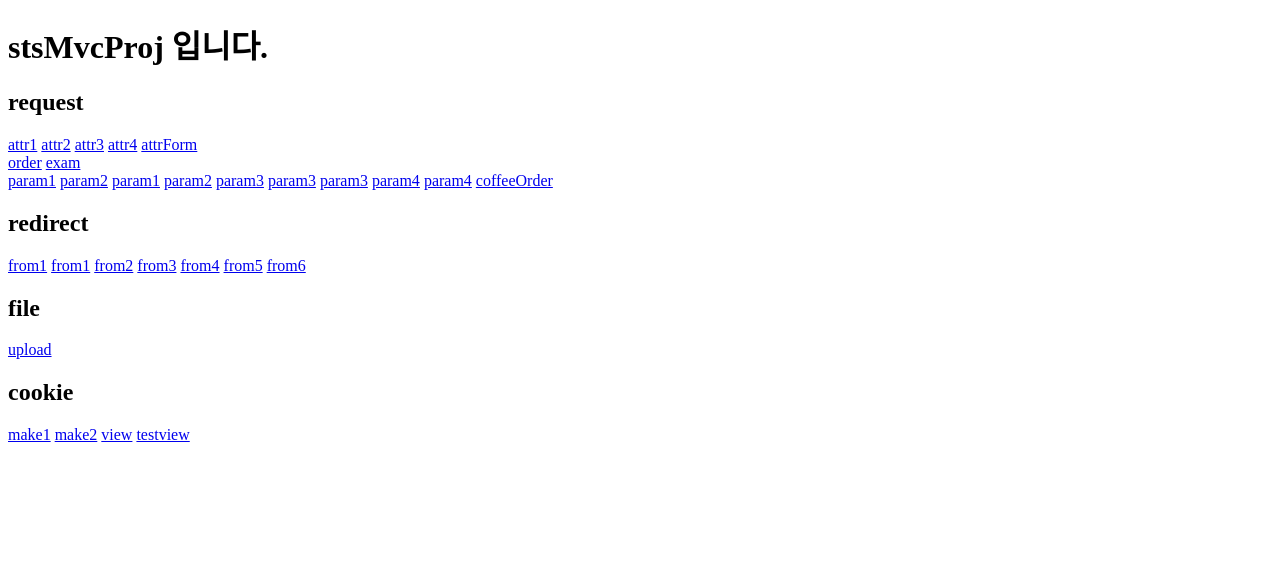
Repository: Yousehyeon/spring_work
Page: stsMvcProj/src/main/webapp/views/home.html
These files come from the project's save history. The page is drawn as it stood at one moment and after the next save; the edit follows.
The browser window is 1280 px wide. The pictures show the whole page.

Above is the page before, as saved 2023-08-22 04:23:28.

After the next save:
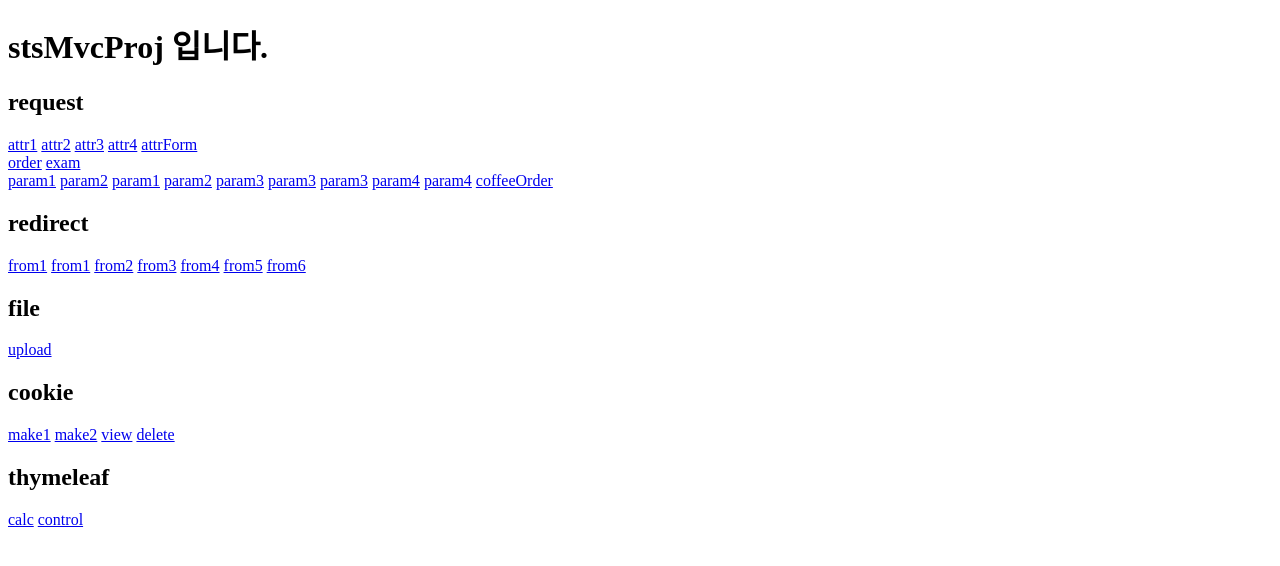
Saved 86 min 30 s later.
--- a/stsMvcProj/src/main/webapp/views/home.html
+++ b/stsMvcProj/src/main/webapp/views/home.html
@@ -38,8 +38,11 @@
 <a href="file/upload">upload</a>
 <h2>cookie</h2>
 <a href="cookie/make1">make1</a>
-<a href="cookie/make1">make2</a>
+<a href="cookie/make2">make2</a>
 <a href="cookie/view">view</a>
-<a href="cookie/testview">testview</a>
+<a href="cookie/delete">delete</a>
+<h2>thymeleaf</h2>
+<a href="thymeleaf/calc">calc</a>
+<a href="thymeleaf/control">control</a>
 </body>
 </html>
